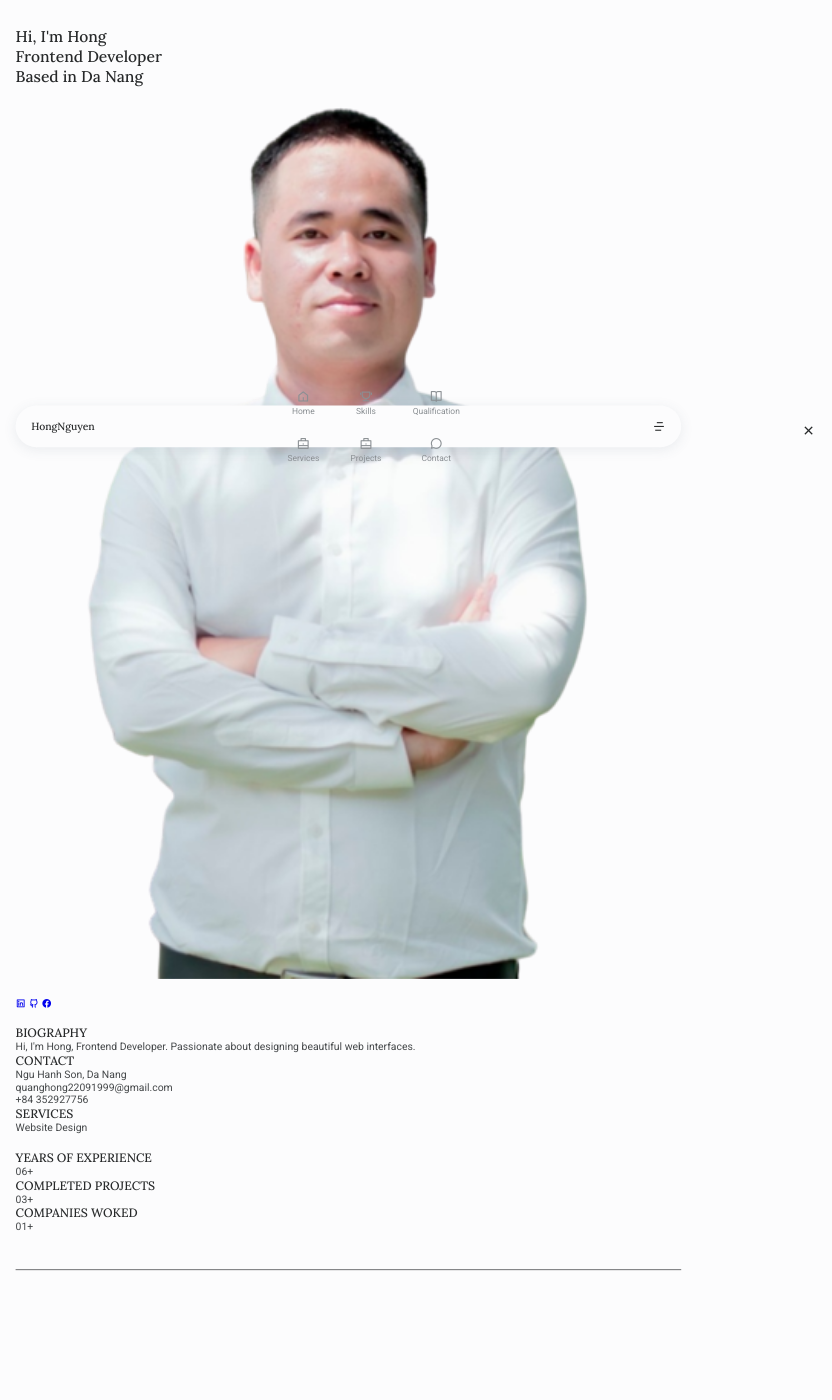
Repository: hnguyeng/myportfoliohongnguyen
Page: index.html
An editor plug-in stored every save of this project. The page is shown before and after the next save, followed by the edit.
The browser window is 1280 px wide. The pictures show the whole page, at 65% of full size.
Some web libraries are served in a nearby version.

Above is the page before, as saved 2023-07-17 13:20:48.

After the next save:
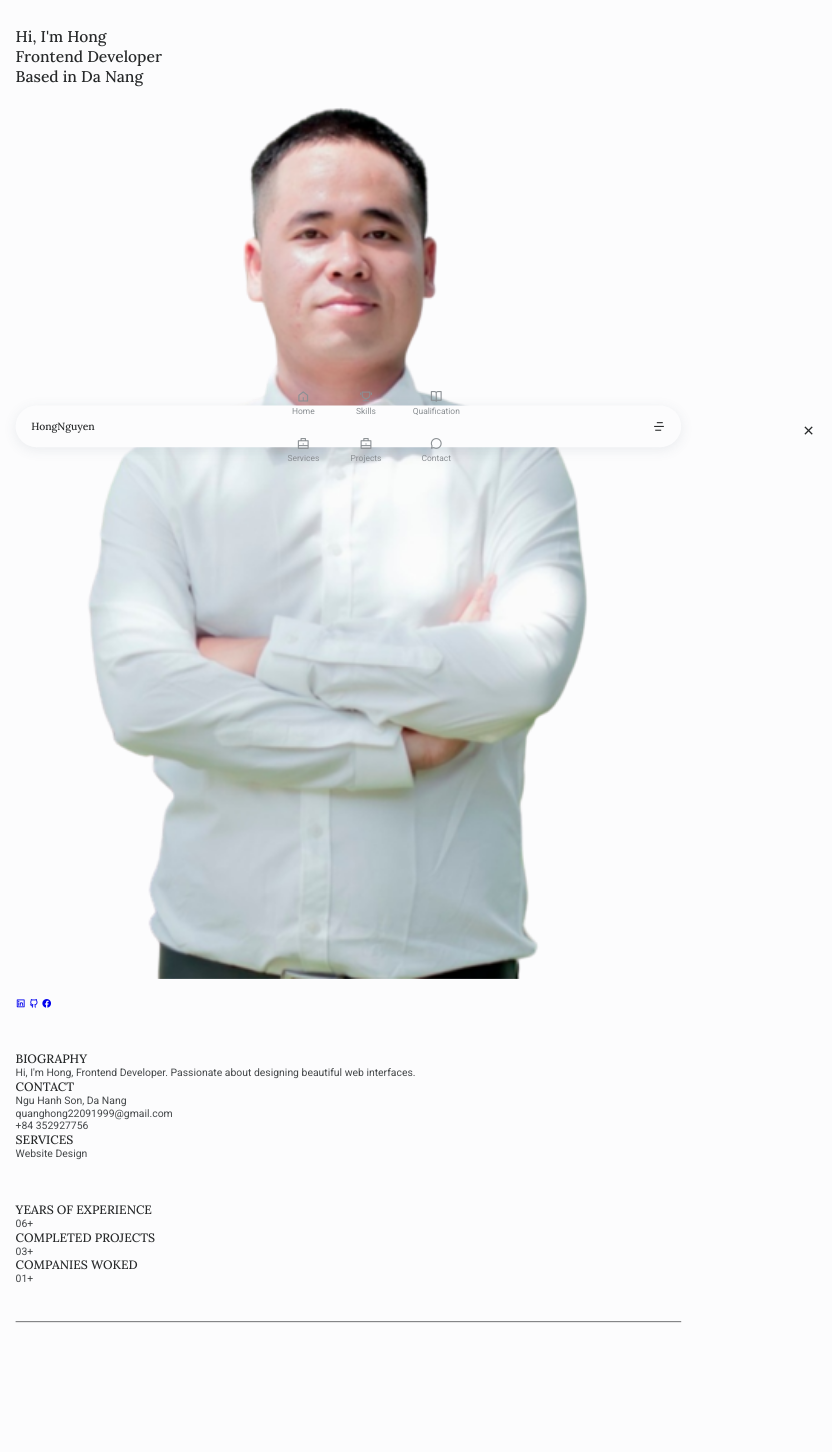
Saved 5 min 9 s later.
--- a/assets/css/style.css
+++ b/assets/css/style.css
@@ -188,3 +188,8 @@ img{
 .show-menu{
     bottom: 2rem;
 }
+/* Active link  */
+/* =================HOME=============== */
+.home__container{
+    row-gap: 4rem;
+}

After the save that followed:
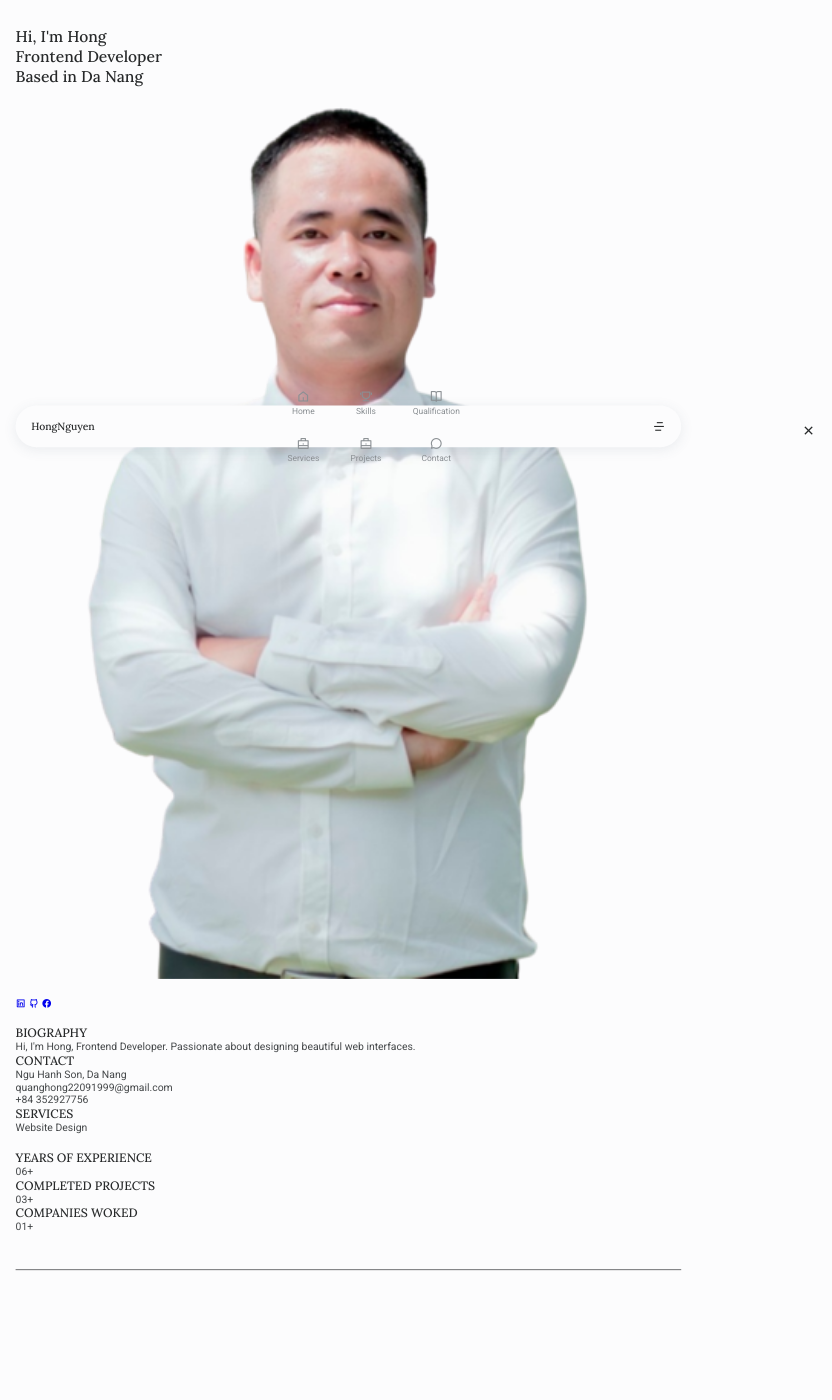
Saved 31 s later.
--- a/assets/css/style.css
+++ b/assets/css/style.css
@@ -191,5 +191,5 @@ img{
 /* Active link  */
 /* =================HOME=============== */
 .home__container{
-    row-gap: 4rem;
+    /* row-gap: 4rem; */
 }
